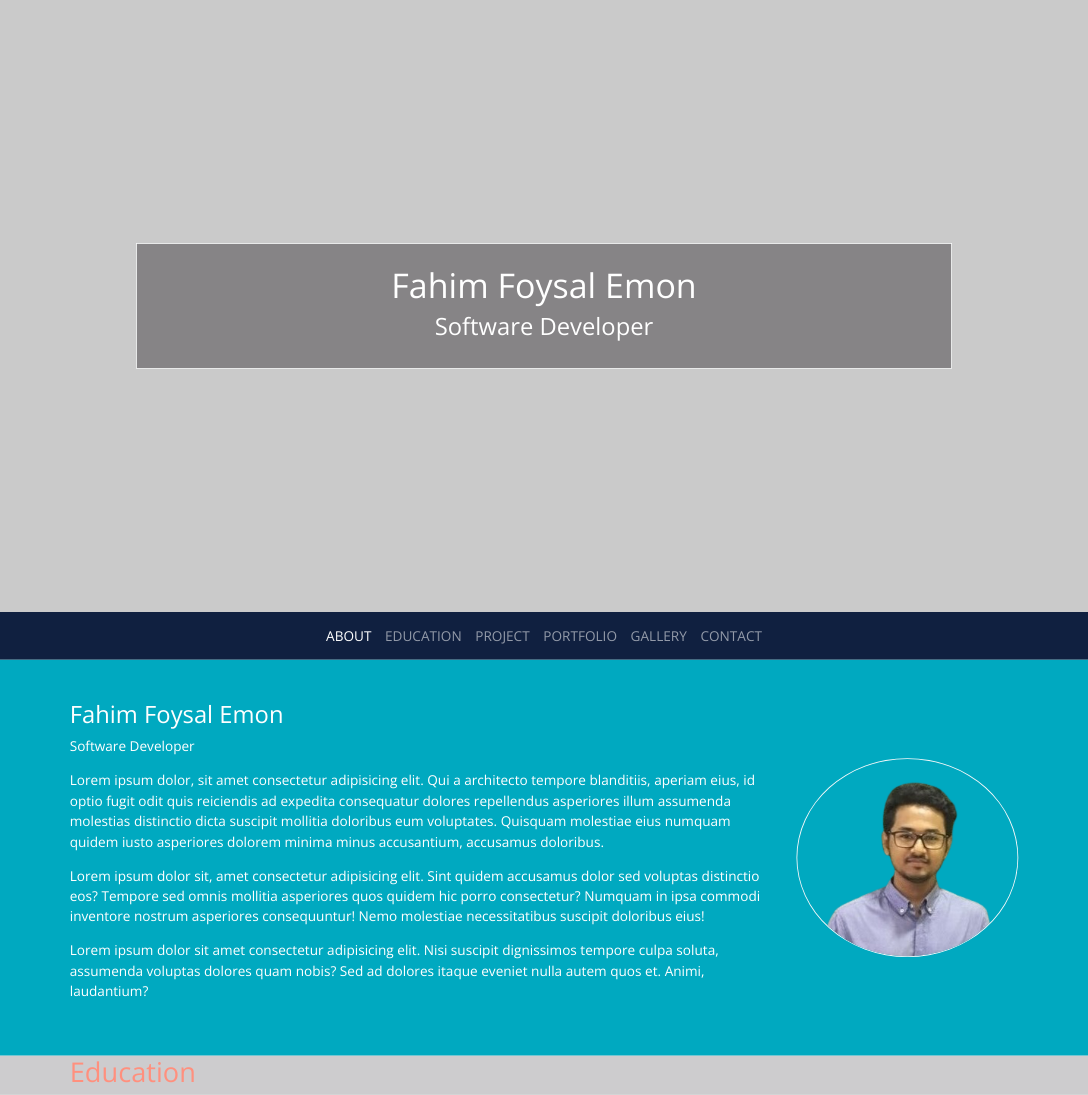
Repository: emowzz/emowzz.github.io
Page: index.html
These files come from the project's save history. The page is drawn as it stood at one moment and after the next save; the edit follows.
The browser window is 1280 px wide. The pictures show the whole page, at 85% of full size.
Some web libraries are served in a nearby version.

Above is the page before, as saved 2021-03-17 18:35:23.

After the next save:
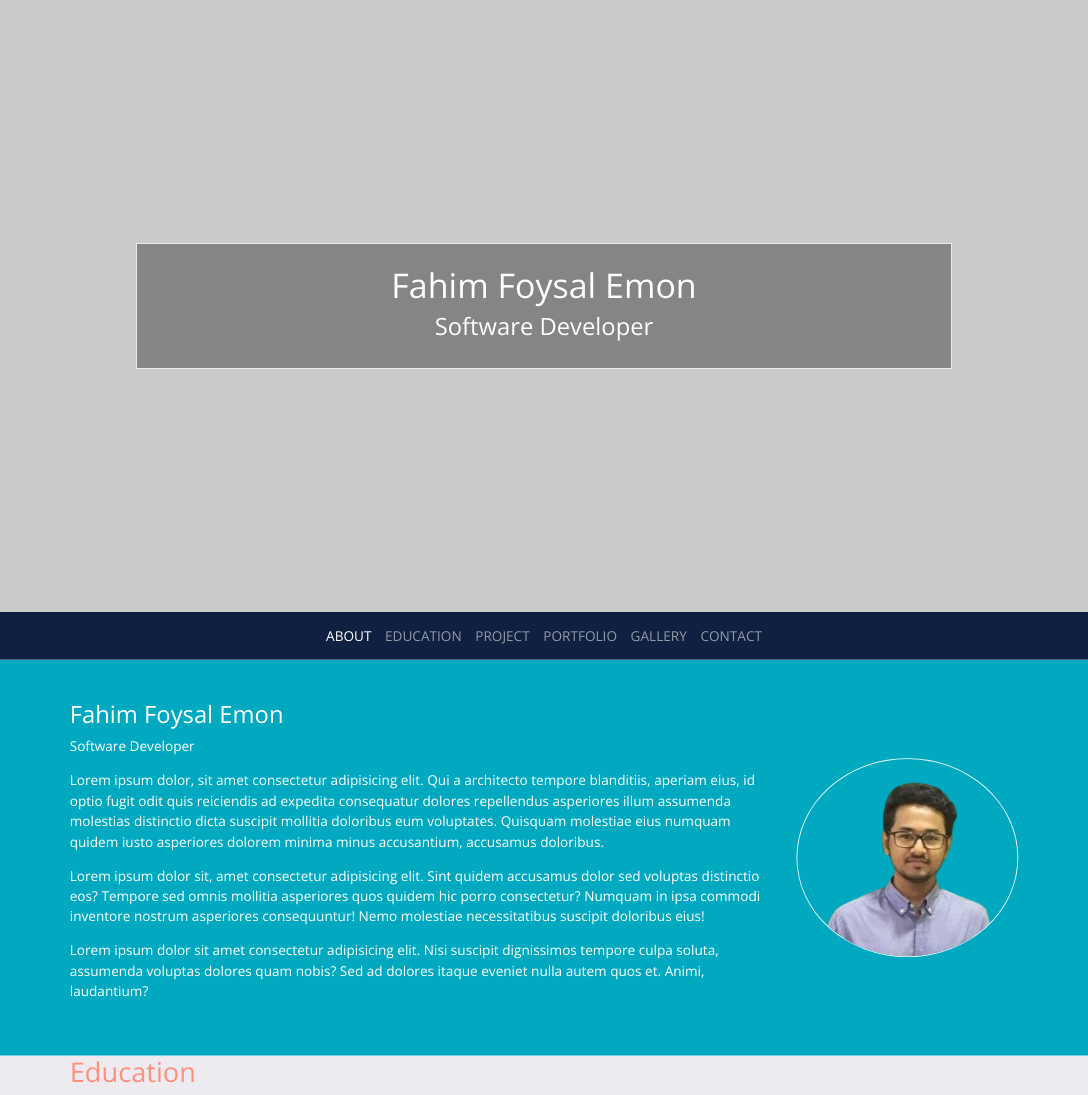
Saved 23 s later.
--- a/CSS/style.css
+++ b/CSS/style.css
@@ -20,7 +20,7 @@ body {
 }
 
 .education-container {
-    background-color: #CDCCCE;
+    background-color: #eeebf0;
 }
 
 .bg-redType {
